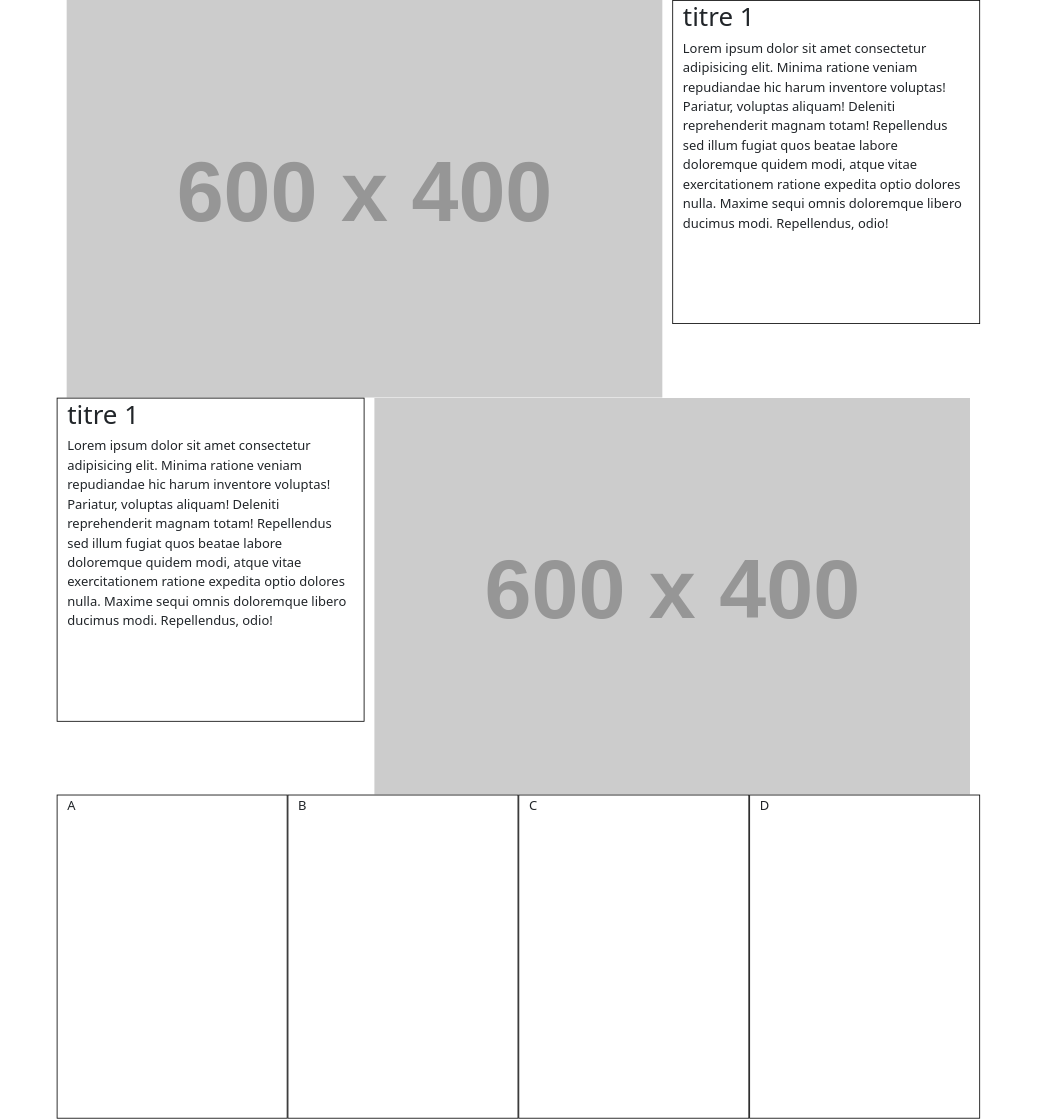
Repository: fbansept/ran3_24_jeu
Page: correction-tp.html
These files come from the project's save history. The page is drawn as it stood at one moment and after a run of saves; the edit follows.
The browser window is 1280 px wide. The pictures show the whole page, at 81% of full size.

Above is the page before, as saved 2024-10-22 14:43:50.

### correction-tp.html
<!DOCTYPE html>
<html lang="en">
  <head>
    <meta charset="UTF-8" />
    <meta name="viewport" content="width=device-width, initial-scale=1.0" />
    <title>Document</title>

    <link
      href="https://cdn.jsdelivr.net/npm/bootstrap@5.3.3/dist/css/bootstrap.min.css"
      rel="stylesheet"
      integrity="sha384-QWTKZyjpPEjISv5WaRU9OFeRpok6YctnYmDr5pNlyT2bRjXh0JMhjY6hW+ALEwIH"
      crossorigin="anonymous"
    />

    <script
      defer
      src="https://cdn.jsdelivr.net/npm/bootstrap@5.3.3/dist/js/bootstrap.bundle.min.js"
      integrity="sha384-YvpcrYf0tY3lHB60NNkmXc5s9fDVZLESaAA55NDzOxhy9GkcIdslK1eN7N6jIeHz"
      crossorigin="anonymous"
    ></script>

    <link rel="stylesheet" href="style.css" />
  </head>
  <body class="container">
    <section class="row">
      <img
        class="col-md-6 col-lg-8"
        src="https://placehold.co/600x400"
        alt=""
      />
      <article class="col-md-6 col-lg-4">
        <div>
          <h2>titre 1</h2>
          <p>
            Lorem ipsum dolor sit amet consectetur adipisicing elit. Minima
            ratione veniam repudiandae hic harum inventore voluptas! Pariatur,
            voluptas aliquam! Deleniti reprehenderit magnam totam! Repellendus
            sed illum fugiat quos beatae labore doloremque quidem modi, atque
            vitae exercitationem ratione expedita optio dolores nulla. Maxime
            sequi omnis doloremque libero ducimus modi. Repellendus, odio!
          </p>
        </div>
      </article>

      <img
        class="col-md-6 col-lg-8 order-md-4"
        src="https://placehold.co/600x400"
        alt=""
      />
      <article class="col-md-6 col-lg-4">
        <div>
          <h2>titre 1</h2>
          <p>
            Lorem ipsum dolor sit amet consectetur adipisicing elit. Minima
            ratione veniam repudiandae hic harum inventore voluptas! Pariatur,
            voluptas aliquam! Deleniti reprehenderit magnam totam! Repellendus
            sed illum fugiat quos beatae labore doloremque quidem modi, atque
            vitae exercitationem ratione expedita optio dolores nulla. Maxime
            sequi omnis doloremque libero ducimus modi. Repellendus, odio!
          </p>
        </div>
      </article>
    </section>
    <section class="row row-cols-1 row-cols-md-2 row-cols-lg-4">
      <article class="col"><span>A</span></article>
      <article class="col"><span>B</span></article>
      <article class="col"><span>C</span></article>
      <article class="col"><span>D</span></article>
    </section>
  </body>
</html>

### style.css
section > div > img,
section > article,
section > div > article {
  height: 400px;
}

section > article,
section > div > article > div {
  border: 1px solid black;
}

section > div > article > div {
  height: 100%;
  padding: 1em;
}

section > div > img {
  object-fit: cover;
}

/* section > div:nth-child(even) {
  flex-direction: row-reverse;
} */

After the next 2 saves:
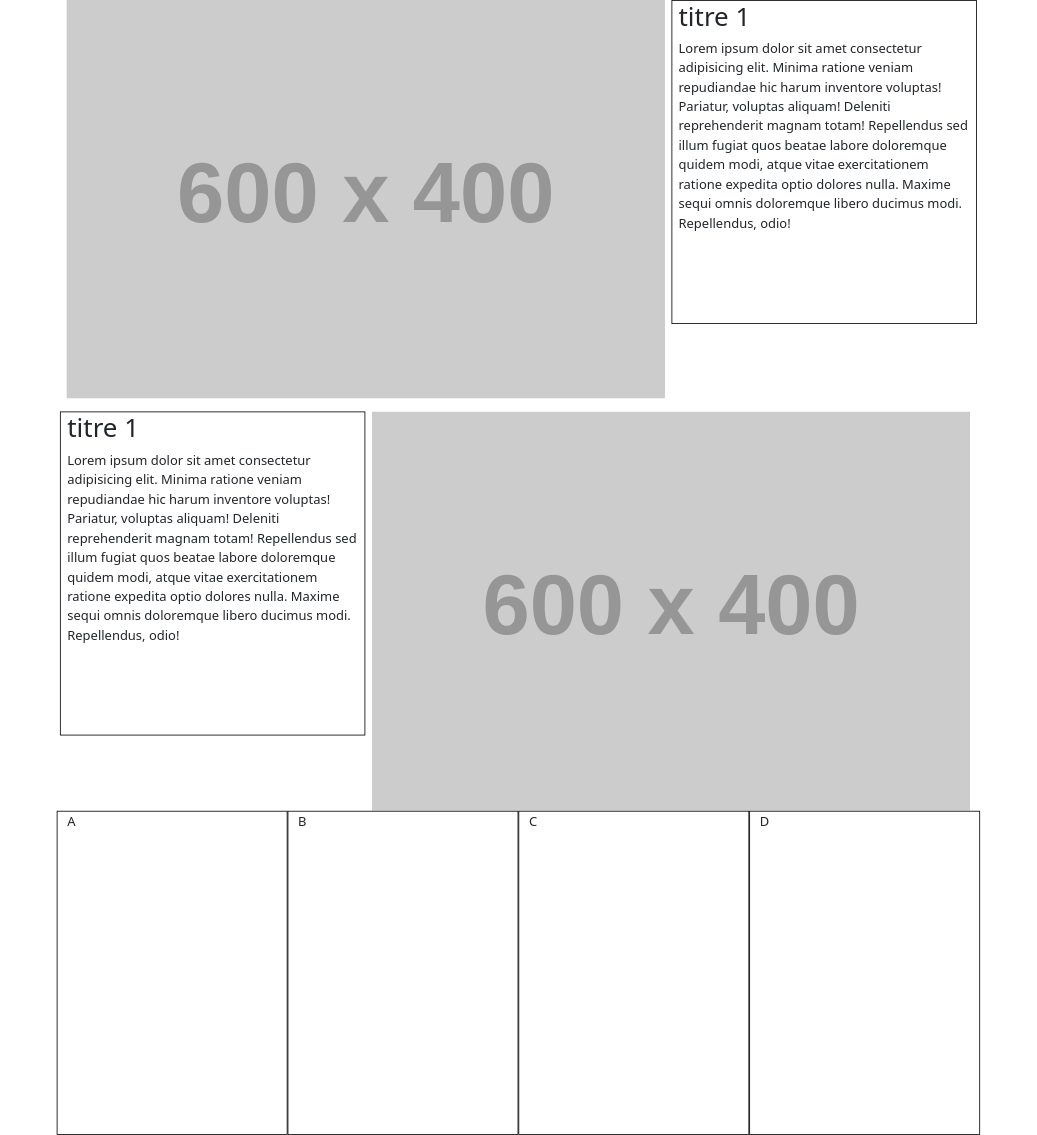
The 2 saves are shown as one change because they came seconds apart.
The last was saved 48 s later.
--- a/correction-tp.html
+++ b/correction-tp.html
@@ -22,7 +22,7 @@
     <link rel="stylesheet" href="style.css" />
   </head>
   <body class="container">
-    <section class="row">
+    <section class="row g-3">
       <img
         class="col-md-6 col-lg-8"
         src="https://placehold.co/600x400"
